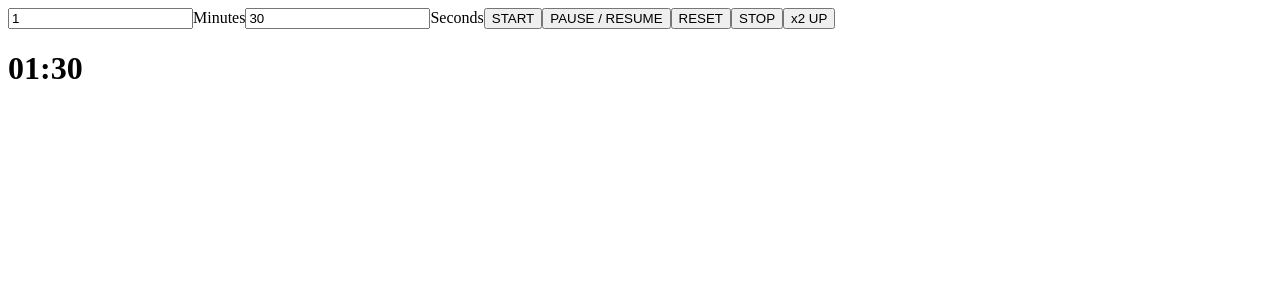
Repository: mariocapitbrok/set-interval-js-timer
Page: /
These files come from the project's save history. The page is drawn as it stood at one moment and after the next save; the edit follows.
The browser window is 1280 px wide. The pictures show the whole page.
The project was rebuilt for these pictures with package versions that can differ from the ones it lists, and the page was loaded fresh each time.

Above is the page before, as saved 2022-07-20 16:10:01.

### src/App.js
import React from 'react'
import Solution from './components/solution'

function App() {
  return (
    <>
      <Solution />
    </>
  )
}

export default App

### src/components/solution.jsx
import React, { Fragment, useState, useEffect } from 'react'

const calculateTime = prevSeconds => {
  const minutes = Math.floor(prevSeconds / 60)
  const seconds = prevSeconds - minutes * 60

  return { minutes, seconds }
}

const twoDigits = number => {
  return number < 10 ? '0' + number : String(number)
}

function Solution() {
  const [config, setConfig] = useState({
    minutes: 1,
    seconds: 30,
  })

  const [time, setTime] = useState(null)
  const [minutes, setMinutes] = useState(0)
  const [seconds, setSeconds] = useState(0)

  const [timerId, setTimerId] = useState(null)
  const [start, setStart] = useState(false)
  const [pause, setPause] = useState(false)
  const [stop, setStop] = useState(false)

  const countDown = () => {
    setTime(time => {
      console.log('time:', time, 'time-1:', time - 1)
      while (time > 0) {
        return time - 1
      }
      return null
    })

    if (time === 0) {
      clearInterval(timerId)
      setTimerId(null)
      setStart(false)
      setStop(true)
      setTime(0)
      return
    }
  }

  const setTimer = () => {
    const newTimerId = setInterval(countDown, 100)
    return newTimerId
  }

  useEffect(() => {
    console.log('time mount effect', time)
    const newTime = config.minutes * 60 + config.seconds
    setTime(newTime)
    setTimerId(setTimer())
  }, [])

  useEffect(() => {
    console.log('follow time change effect', time)
    setMinutes(calculateTime(time).minutes)
    setSeconds(calculateTime(time).seconds)

    if (minutes === 0 && seconds === 0) {
      if (timerId) stopTimer()
    }
    // eslint-disable-next-line react-hooks/exhaustive-deps
  }, [time])

  const startTimer = () => {
    console.log('start timer')

    if (start && !stop) return

    if (minutes === 0 && seconds === 0) resetTimer()
    if (timerId) setTimerId(setTimer())

    setStart(true)
    setStop(false)
  }

  const pauseTimer = () => {
    if (!time) return
    if (!stop) stopTimer()
    if (!start) startTimer()

    setPause(!pause)
  }

  const resetTimer = () => {
    stopTimer()

    const newTime = config.minutes * 60 + config.seconds
    setTime(newTime)

    setMinutes(config.minutes)
    setSeconds(config.seconds)
    return
  }

  const stopTimer = () => {
    console.log('stop timer', 'timerId:', timerId)
    if (timerId) clearInterval(timerId)

    setStop(true)
    setStart(false)
  }

  const accelTimer = () => {
    if (timerId) setTimerId(setTimer())
  }

  console.log('time render', time)

  return (
    <Fragment>
      {console.log('time didUpdate', time)}
      <label>
        <input
          type="number"
          onChange={({ target }) =>
            setConfig({ ...config, minutes: Number(target.value) })
          }
          value={config.minutes}
        />
        Minutes
      </label>
      <label>
        <input
          type="number"
          onChange={({ target }) =>
            setConfig({ ...config, seconds: Number(target.value) })
          }
          value={config.seconds}
        />
        Seconds
      </label>

      <button onClick={startTimer}>START</button>
      <button onClick={pauseTimer}>PAUSE / RESUME</button>
      <button onClick={resetTimer}>RESET</button>
      <button onClick={stopTimer}>STOP</button>
      <button onClick={accelTimer}>x2 UP</button>

      <h1 data-testid="running-clock">{`${twoDigits(minutes)}:${twoDigits(
        seconds
      )}`}</h1>
    </Fragment>
  )
}

export default Solution

Loaded but not shown: public/index.html (common file); src/index.js (common file)

After the next save:
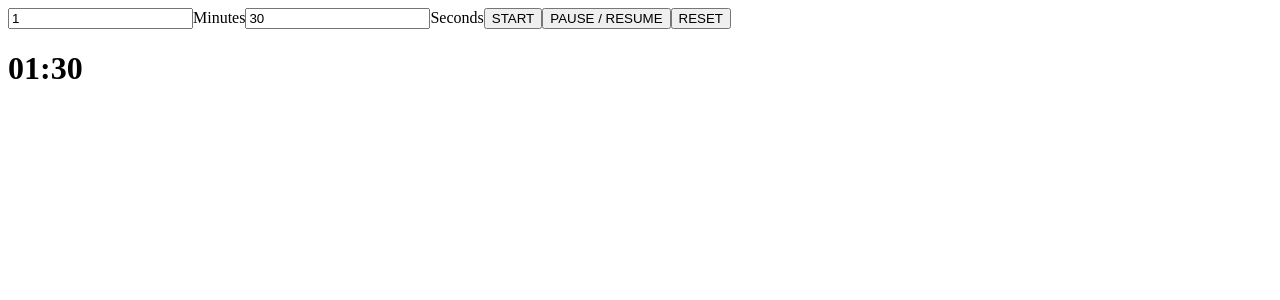
Saved 86 s later.
--- a/src/components/solution.jsx
+++ b/src/components/solution.jsx
@@ -107,10 +107,6 @@ function Solution() {
     setStart(false)
   }
 
-  const accelTimer = () => {
-    if (timerId) setTimerId(setTimer())
-  }
-
   console.log('time render', time)
 
   return (
@@ -140,8 +136,6 @@ function Solution() {
       <button onClick={startTimer}>START</button>
       <button onClick={pauseTimer}>PAUSE / RESUME</button>
       <button onClick={resetTimer}>RESET</button>
-      <button onClick={stopTimer}>STOP</button>
-      <button onClick={accelTimer}>x2 UP</button>
 
       <h1 data-testid="running-clock">{`${twoDigits(minutes)}:${twoDigits(
         seconds
